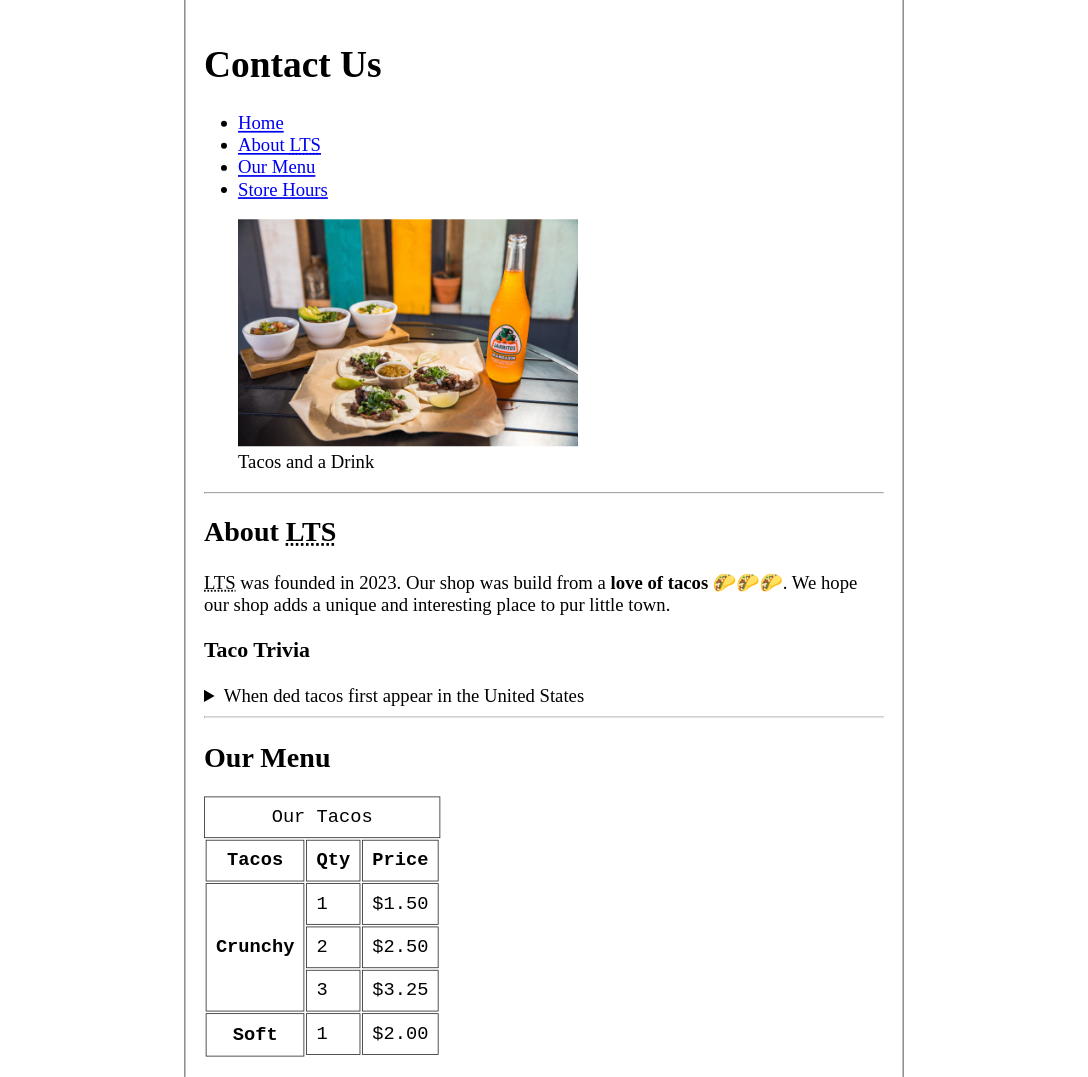
Repository: JavaProgrammerFromEastEurope/project-html-full-tutorial
Page: 10_lesson/contact.html
These files come from the project's save history. The page is drawn as it stood at one moment and after a run of saves; the edit follows.
The browser window is 1280 px wide. The pictures show the whole page, at 85% of full size.

Above is the page before, as saved 2023-04-07 05:29:00.

### 10_lesson/contact.html
<!DOCTYPE html>
<html lang="en">
  <head>
    <meta charset="UTF-8" />
    <meta name="author" content="Dave Gray" />
    <meta
      name="description"
      content="Contact information for The Little Taco Shop"
    />
    <title>Contact Us - LTS</title>
    <link rel="icon" href="favicon.ico" type="image/x-icon" />
    <link rel="stylesheet" href="css/style.css" />
  </head>

  <body>
    <header>
      <h1>Contact Us</h1>
      <nav>
        <ul>
          <li><a href="/">Home</a></li>
          <li>
            <a href="/#about"
              >About <abbr title="The Little Taco Shop">LTS</abbr></a
            >
          </li>
          <li><a href="/#menu">Our Menu</a></li>
          <li><a href="hours.html">Store Hours</a></li>
        </ul>
      </nav>
      <figure>
        <img
          src="./assets/img/tacos_and_drink_400x267.png"
          alt="Tacos and a Drink"
          title="We love tacos!"
          width="400"
          height="267"
        />
        <figcaption>Tacos and a Drink</figcaption>
      </figure>
    </header>
    <hr />
    <main>
      <article id="about">
        <h2>About <abbr title="The Little Taco Shop">LTS</abbr></h2>
        <p>
          <abbr title="The Little Taco Shop">LTS</abbr> was founded in
          <time datetime="2023">2023</time>. Our shop was build from a
          <strong>love of tacos </strong> 🌮🌮🌮. We hope our shop adds a unique
          and interesting place to pur little town.
        </p>
        <aside>
          <h3>Taco Trivia</h3>
          <details>
            <summary>When ded tacos first appear in the United States</summary>
            <p>
              Jeffrey M. Pilcher, taco historian and professor of history at the
              University of Minnesota, says the earliest mention of tacos in thr
              Unites States are in a newspaper from
              <time datetime="1905">1905</time>. (Source:
              <cite
                ><a
                  href="https://www.smithsonianmag.com/arts-culture/where-did-the-taco-come-from-81228162/"
                  target="_blank"
                  >Smithsonian Magazine</a
                ></cite
              >)
            </p>
          </details>
        </aside>
      </article>
			<hr>
			<article id="menu">
				<h2>Our Menu</h2>
				<table>
					<caption>Our Tacos</caption>
					<thead>
						<tr>
							<th>Tacos</th>
							<th scope="col"><addr title="Quantity">Qty</addr></th>
							<th scope="col">Price</th>
						</tr>
					</thead>
					<tbody>
						<tr>
							<th scope="row" rowspan="3">
								Crunchy
							</th>
							<td>1</td>
							<td>$1.50</td>
						</tr>
						<tr>
							<td>2</td>
							<td>$2.50</td>
						</tr>
						<tr>
							<td>3</td>
							<td>$3.25</td>
						</tr>
						<tr>
							<th scope="row" rowspan="3">
								Soft
							</th>
							<td>1</td>
							<td>$2.00</td>
						</tr>
						<tr></tr>
					</tbody>
				</table>
			</article>
    </main>
  </body>
</html>

### 10_lesson/css/style.css
html {
	font-size: 22px;
}

body {
	min-height: 100vh;
	max-width: 800px;
	margin: 0 auto;
	padding: 1rem;
	border-left: 1px solid #333;
	border-right: 1px solid #333;
}

th, td, caption {
	border: 1px solid #333;
	font-family: 'Courier New', Courier, monospace;
	border-collapse: separate;
	padding: 0.5rem;
}

After the next 5 saves:
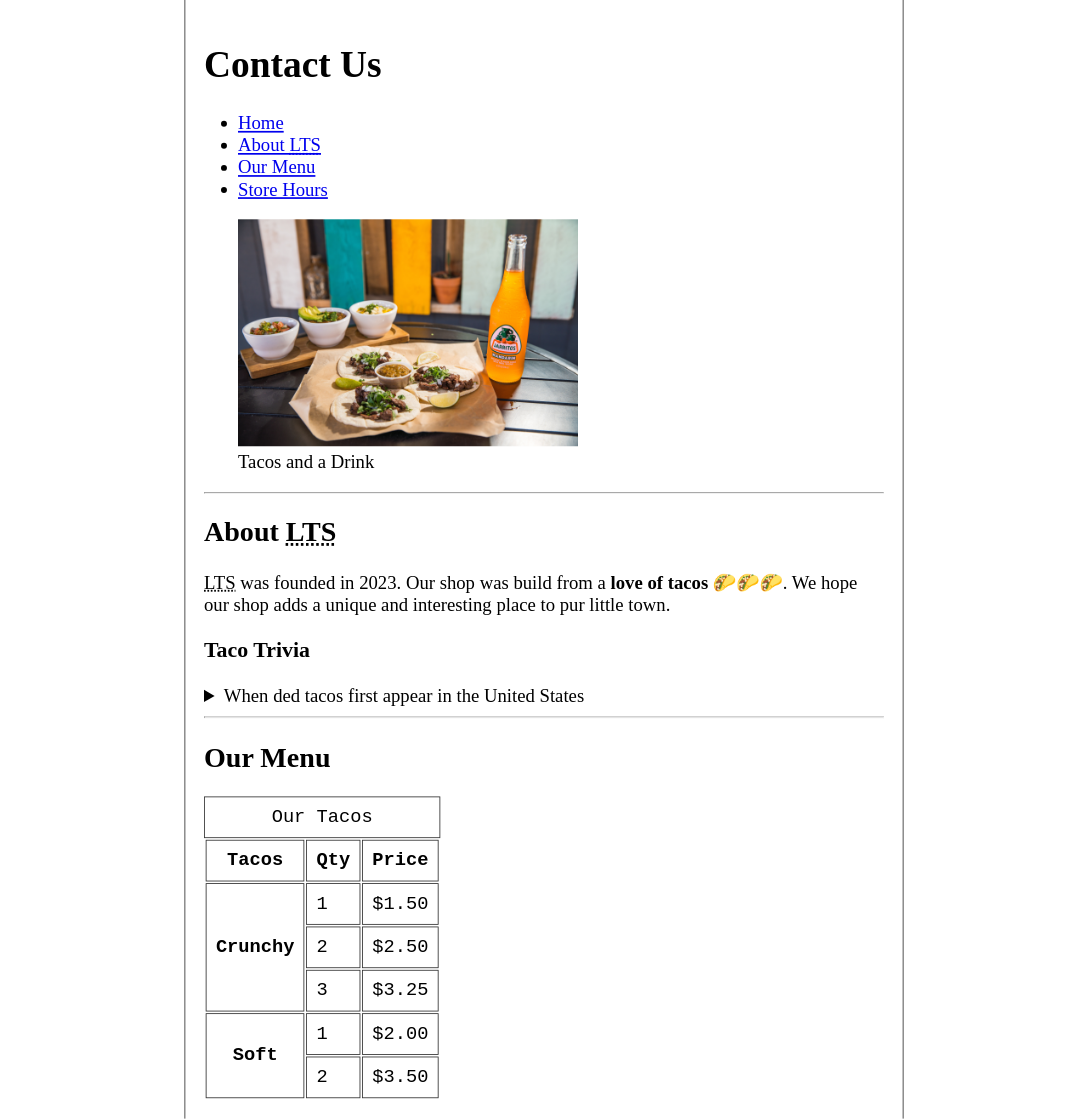
The 5 saves are shown as one change because they came seconds apart.
The last was saved 18 s later.
--- a/10_lesson/contact.html
+++ b/10_lesson/contact.html
@@ -103,7 +103,10 @@
 							<td>1</td>
 							<td>$2.00</td>
 						</tr>
-						<tr></tr>
+						<tr>
+							<td>2</td>
+							<td>$3.50</td>
+						</tr>
 					</tbody>
 				</table>
 			</article>
